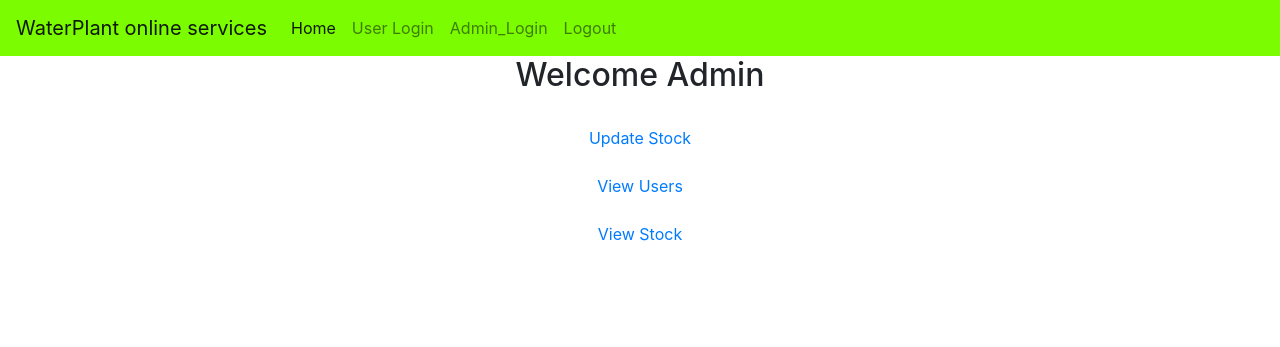
Repository: SHARMILAG97/WebApplication
Page: http://localhost/waterplant_web/admin.jsp
An editor plug-in stored every save of this project. The page is shown before and after the next save, followed by the edit.
The browser window is 1280 px wide. The pictures show the whole page.
The page is served by Tomcat 9. Other server files are loaded and not shown.

Above is the page before, as saved 2019-09-18 10:06:07.
Console error: TypeError: Cannot read properties of undefined (reading 'fn')

### waterplant_web/src/main/webapp/admin.jsp
<html>
<head>
<title>Admin</title>

<link rel="stylesheet" href="css/bootstrap.min.css">
<script src="js/bootstrap.min.js"></script>

</head>
<body style="text-align:center">
<jsp:include page="headers.jsp"></jsp:include>
<h2>Welcome Admin</h2><br/>
<form >

<div class="container-fluid">
        <div class="row">
            <div class="col">
<a href="updatestock.jsp">Update Stock</a> <br/><br/>
	<a href="viewusers.jsp">View Users</a> <br/><br/>
	<a href="viewstock.jsp">View Stock</a> <br/><br/>
</div>
</div>
</div>


</form>


</body>
</html>

### waterplant_web/src/main/webapp/headers.jsp

<nav class="navbar navbar-expand-md navbar-light" style="background-color: #7CFC00;">
 <a class="navbar-brand" href="index.jsp">WaterPlant online services</a>
 <button class="navbar-toggler" type="button" data-toggle="collapse" data-target="#navbarCollapse" aria-controls="navbarCollapse" aria-expanded="false" aria-label="Toggle navigation">
   <span class="navbar-toggler-icon"></span>
 </button>
 <div class="collapse navbar-collapse" id="navbarCollapse">
   <ul class="navbar-nav mr-auto">
     <li class="nav-item active">
       <a class="nav-link" href="index.jsp">Home</a>
     </li>

     <li class="nav-item">
       <a class="nav-link " href="userlogin.jsp">User Login</a>
     </li>
     <li class="nav-item">
       <a class="nav-link " href="adminlogin.jsp">Admin_Login</a>
     </li>
      <li class="nav-item">
       <a class="nav-link " href="index.jsp">Logout</a>
     </li>

   </ul>
 <!--   <form class="form-inline mt-2 mt-md-0">
   <input class="form-control mr-sm-2" type="text" placeholder="Search" aria-label="Search">
     <button class="btn btn-outline-success my-2 my-sm-0" type="submit">Search</button>
   </form>-->
 </div>
</nav>

Loaded but not shown: waterplant_web/src/main/webapp/css/bootstrap.min.css (library); waterplant_web/src/main/webapp/js/bootstrap.min.js (library)

After the next save:
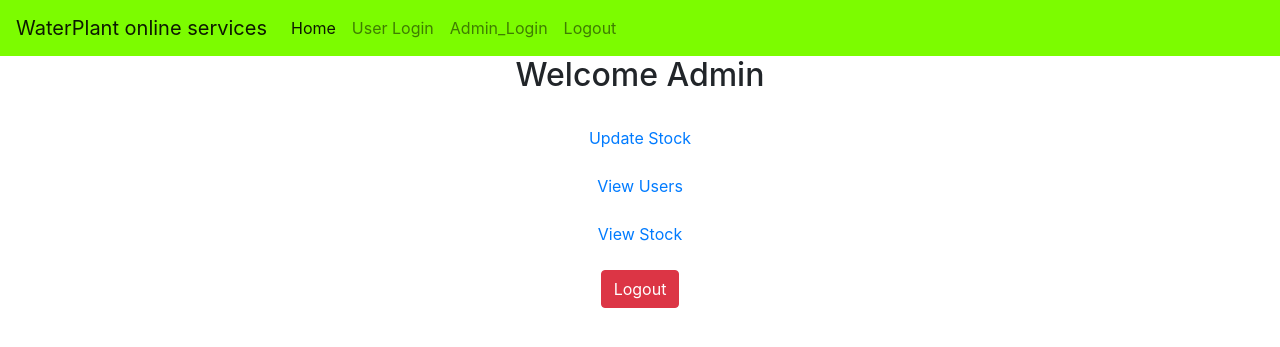
Saved 116 s later.
--- a/waterplant_web/src/main/webapp/admin.jsp
+++ b/waterplant_web/src/main/webapp/admin.jsp
@@ -17,6 +17,8 @@
 <a href="updatestock.jsp">Update Stock</a> <br/><br/>
 	<a href="viewusers.jsp">View Users</a> <br/><br/>
 	<a href="viewstock.jsp">View Stock</a> <br/><br/>
+	<input type="button"  value="Logout" class="btn btn-danger" onclick= "logout()">
+
 </div>
 </div>
 </div>
